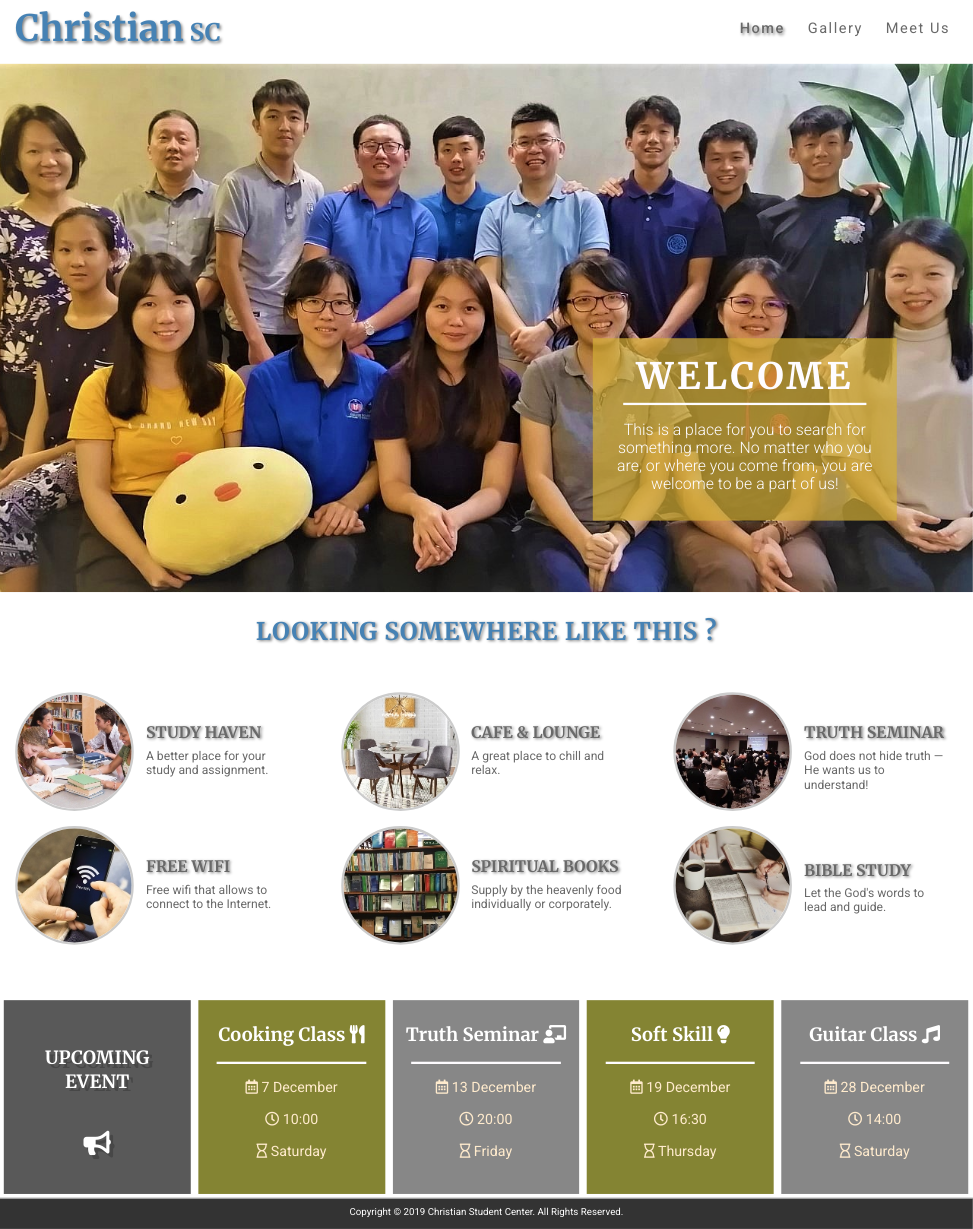
Repository: kongteckmee/christian-sc
Page: index.html
The author's editor kept a record of every edit. The page is drawn from the files as they stood at one moment, then again after the next edit.
The browser window is 1280 px wide. The pictures show the whole page, at 76% of full size.
Some web libraries are served in a nearby version.

Above is the page before.

After the next edit:
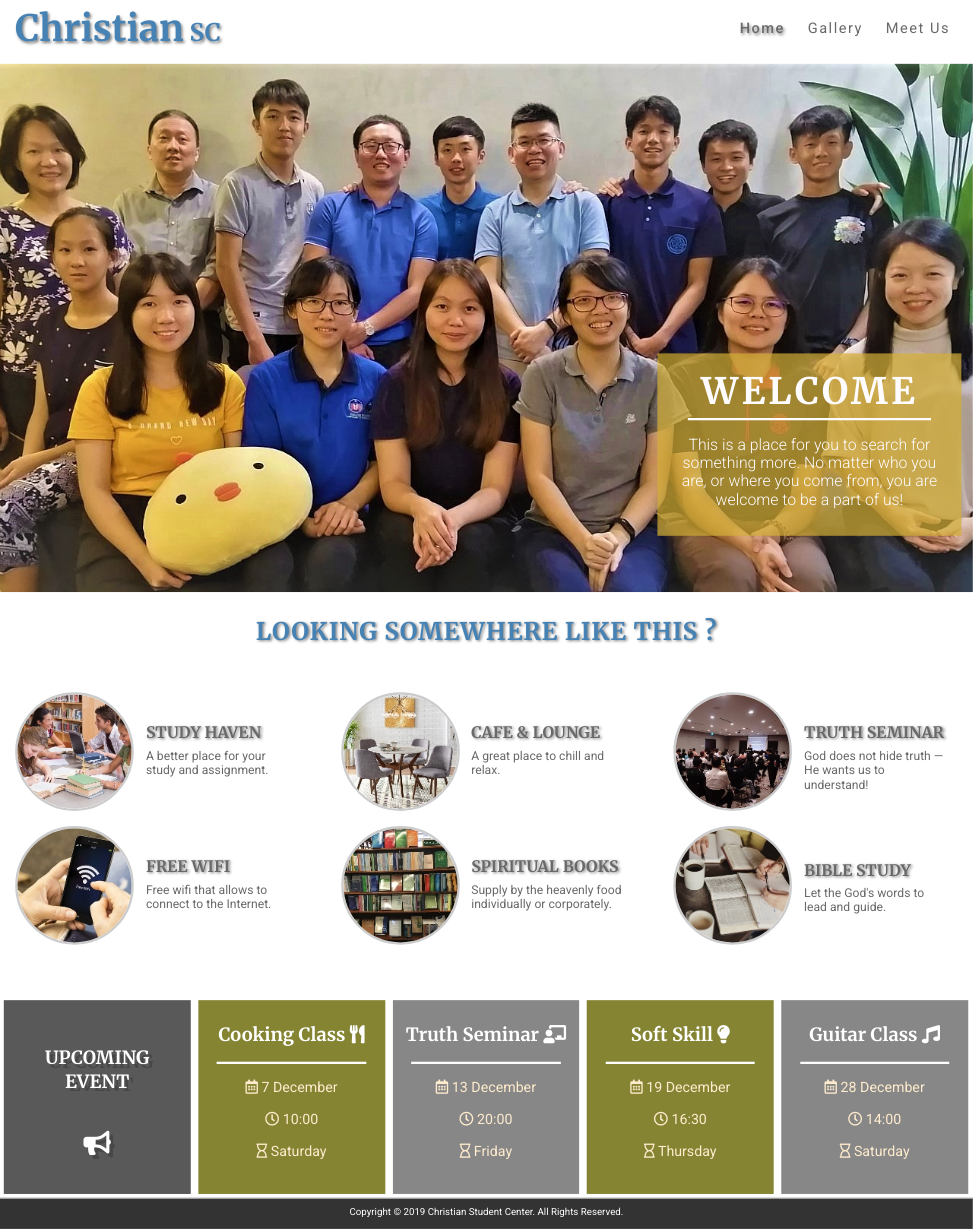
The edit:
--- a/assets/css/style.css
+++ b/assets/css/style.css
@@ -70,8 +70,8 @@
     width: 400px;
     height: 220px;
     padding-top:20px;
-    bottom: 35px; /* Fixed the welcome text box-bottom */
-    right: 100px; /* Fixed the welcome text box-right */
+    bottom: 15px; /* Fixed the welcome text box-bottom */
+    right: 15px; /* Fixed the welcome text box-right */
     background-color: rgba(212,175,55,.7);
     color: #fefcff; /* Milky white */
     position: absolute;
